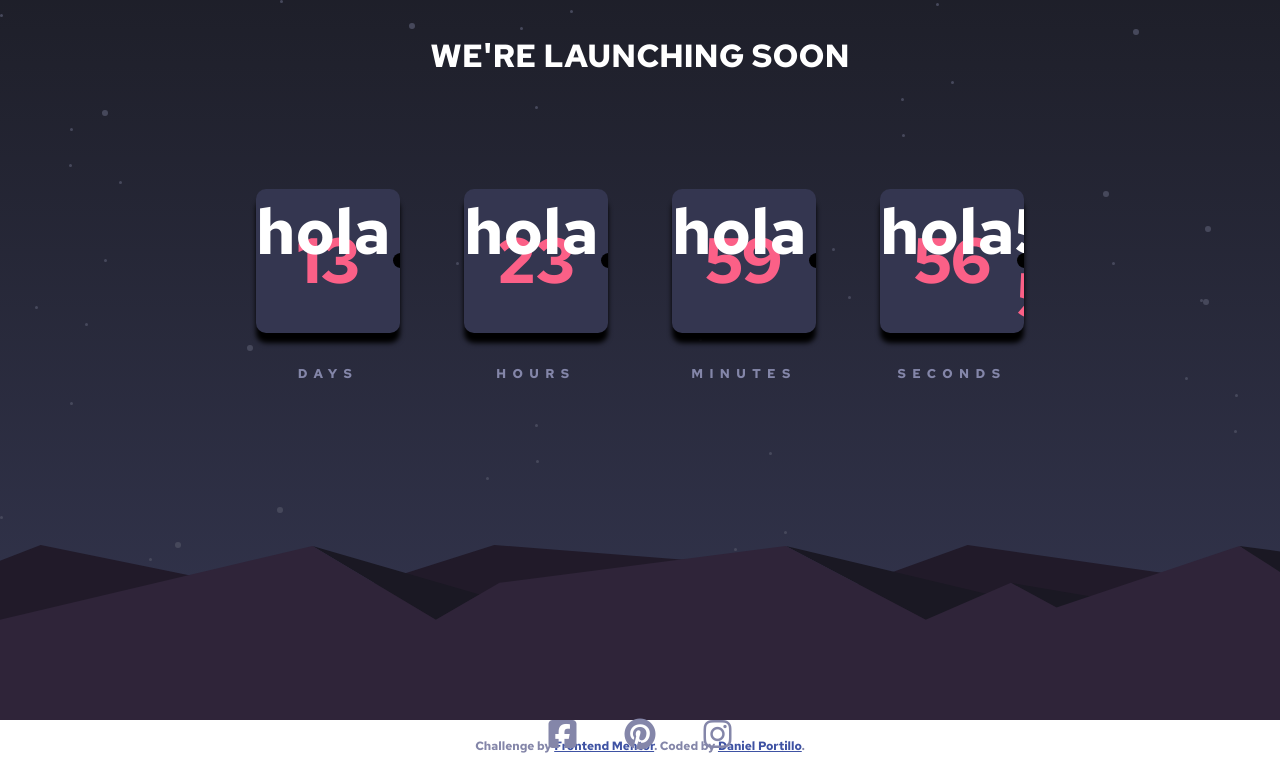
Repository: dportillo23/launch-countdown-timer-main
Page: index.html
An editor plug-in stored every save of this project. The page is shown before and after the next save, followed by the edit.
The browser window is 1280 px wide. The pictures show the whole page.
Some web libraries are served in a nearby version. The style sheet was rebuilt from its Sass, Less or Tailwind sources for each picture, by a compiler version that may differ from the author's.

Above is the page before, as saved 2021-06-28 17:19:22.

After the next save:
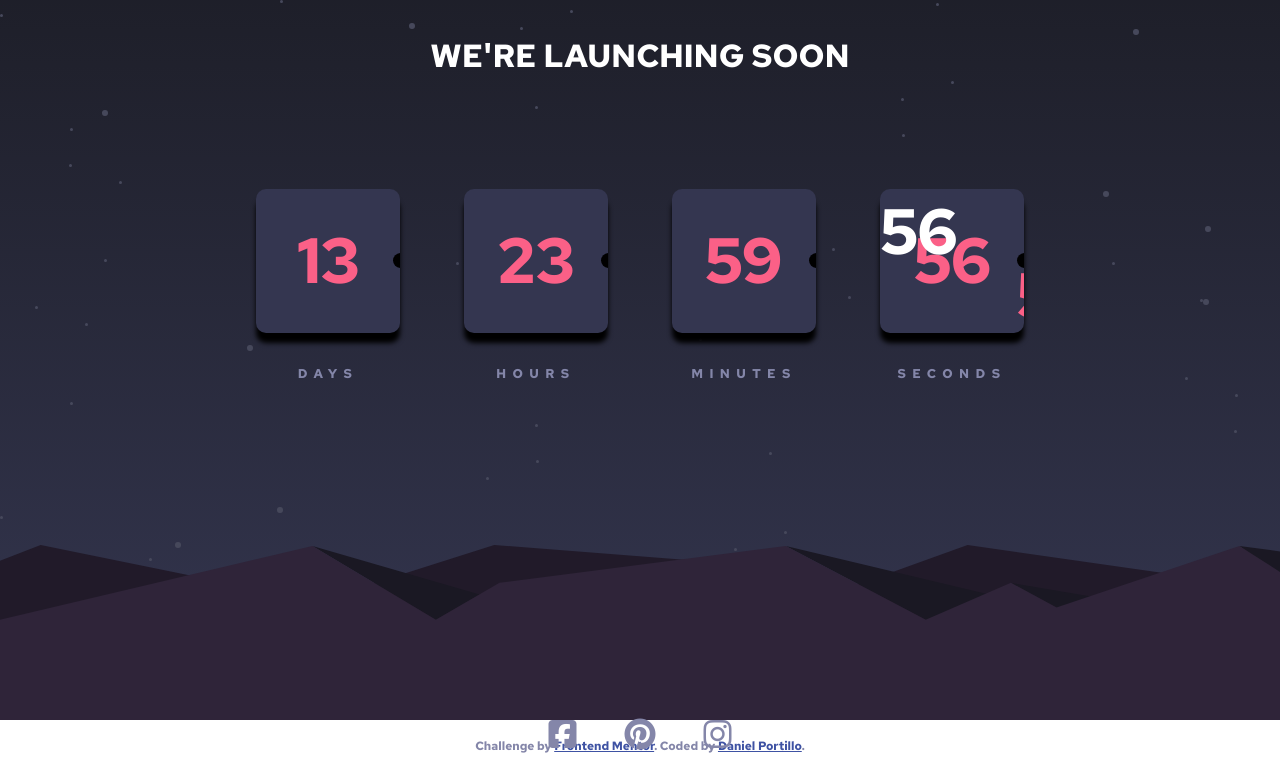
Saved 42 s later.
--- a/style.scss
+++ b/style.scss
@@ -75,7 +75,7 @@ body {
     font-size: 4rem;
 
     &::before {
-        content: "hola"attr(data-value);
+        content: attr(data-value);
         width: 100%;
         height: 100%;
         border-radius: 50%;
